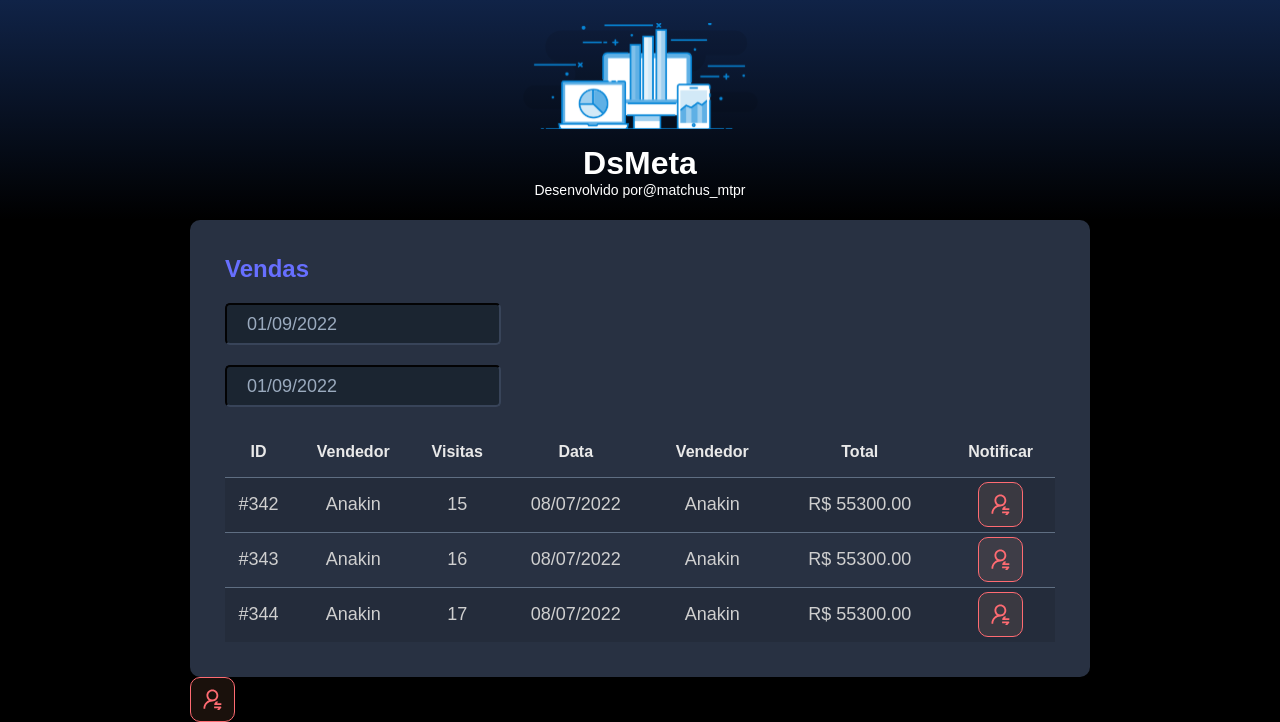
Repository: MatheusAlvesPereiraRosa/ds-meta
Page: / (app in frontend/)
These files come from the project's save history. The page is drawn as it stood at one moment and after the next save; the edit follows.
The browser window is 1280 px wide. The pictures show the whole page.
The project was rebuilt for these pictures with package versions that can differ from the ones it lists, and the page was loaded fresh each time. Also part of the build but not shown: frontend/vite.config.ts.

Above is the page before, as saved 2022-09-08 18:24:32.

After the next save:
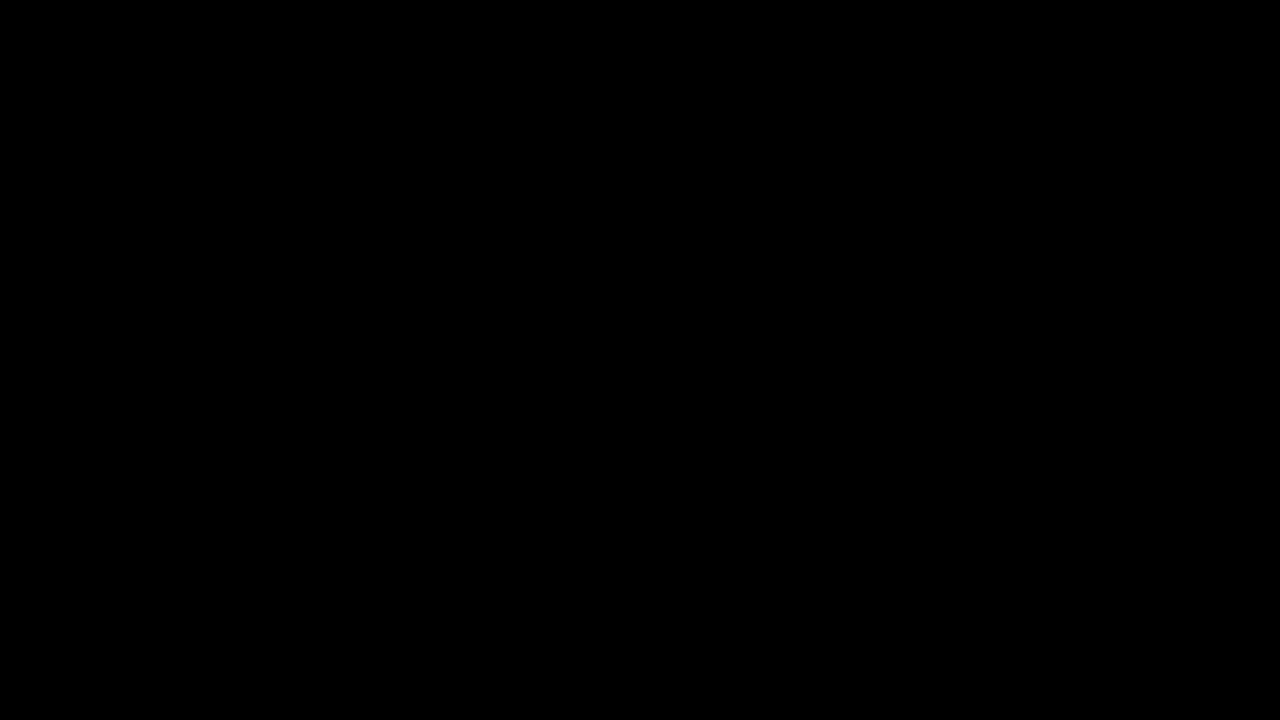
Console error: ReferenceError: newDate is not defined
Saved 91 s later.
--- a/frontend/src/components/SalesCard/index.tsx
+++ b/frontend/src/components/SalesCard/index.tsx
@@ -5,6 +5,8 @@
 import { useState } from 'react'
 
 function SalesCard () {
+    const max = newDate()
+
     const [maxDate, setMaxDate] = useState(new Date());
     const [minDate, setMinDate] = useState(new Date());
 

After the 3 saves that followed:
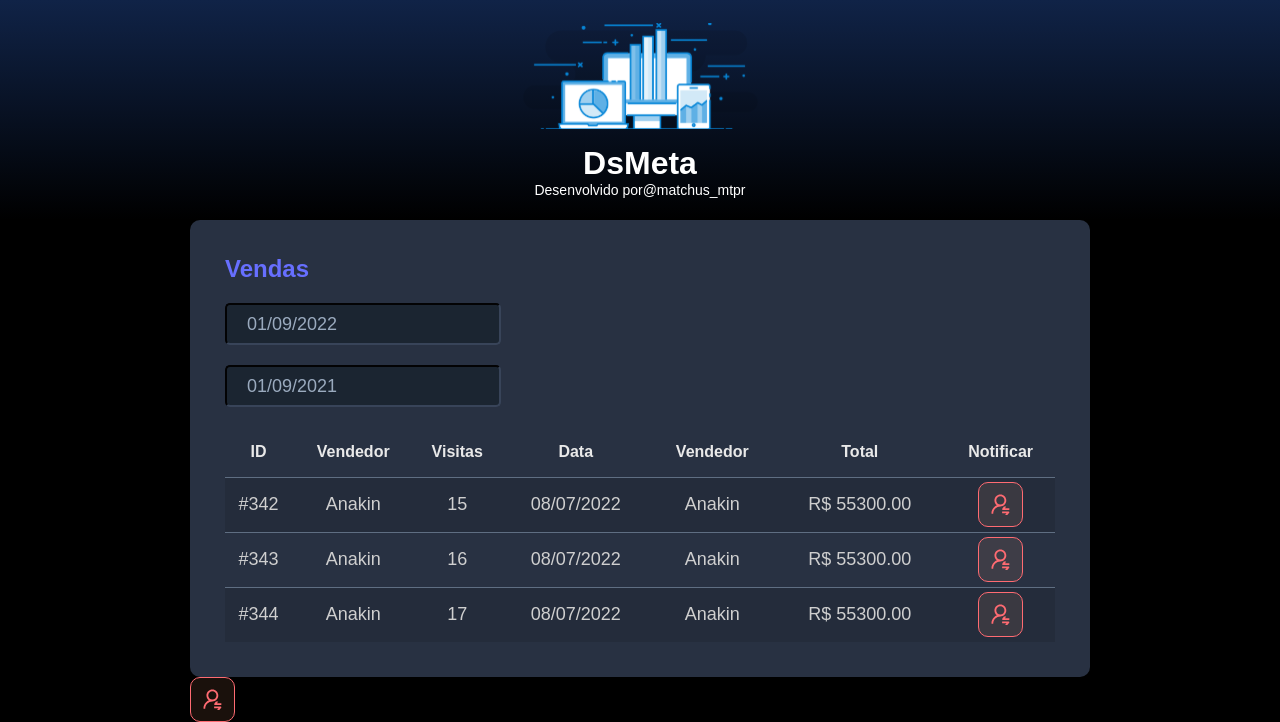
The error is gone.
The 3 saves are shown as one change because 1 did not build or start and 1 left the picture as it was.
The last was saved 91 s later.
--- a/frontend/src/components/SalesCard/index.tsx
+++ b/frontend/src/components/SalesCard/index.tsx
@@ -5,10 +5,11 @@
 import { useState } from 'react'
 
 function SalesCard () {
-    const max = newDate()
+    const max = new Date()
+    const min = new Date(new Date().setDate( new Date().getDate() - 365))
 
-    const [maxDate, setMaxDate] = useState(new Date());
-    const [minDate, setMinDate] = useState(new Date());
+    const [maxDate, setMaxDate] = useState(min);
+    const [minDate, setMinDate] = useState(max);
 
     return (
         <div className="dsmeta-card">
